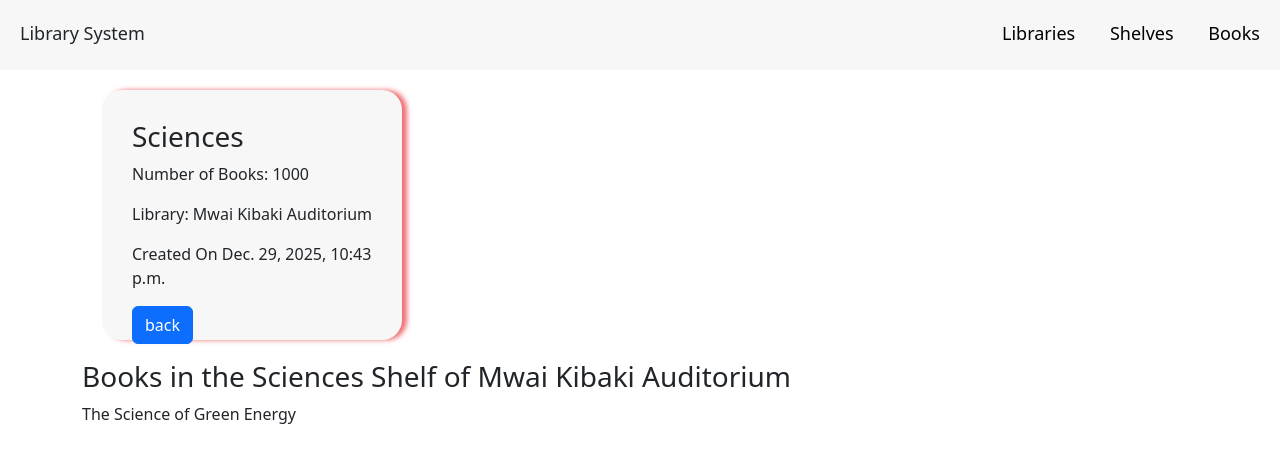
Repository: Mbote-Joseph/Library-Shelves-Books-Managements
Page: http://localhost/shelf-details/1
The author's editor kept a copy of each file at every save. The page is drawn from the files as they stood at one save, then again after the next save.
The browser window is 1280 px wide. The pictures show the whole page.
The page is served by the project's application, run on Django 5.2 (manage.py). Other server files are loaded and not shown. The page reads the database file committed with the project.

Above is the page before, as saved 2026-01-01 20:05:36.

### books/templates/books/shelf_detailview.html
{% extends "base.html" %}

{% block title %}
    {{shelf.name}}
{% endblock %}


{% block content %}
<div class="container">
    <div class="shelf">
            <h3> {{shelf.label}} </h3>
            <p> Number of Books:  {{shelf.books_capacity}} </p>
            <p> Library:  {{shelf.library.name}} </p>
            <p> Created On {{shelf.created_on}} </p>
            <a class="btn btn-primary" href="{% url 'shelves' %}"> back  </a>
        </div>

        {% if books %}
        <h3> Books in the {{shelf.label}} Shelf of {{shelf.library.name }} </h3>
            {% for book in books %}
            <p> {{book.title}} </p>

            {% endfor %}

        {% else %}
            <p> No books </p>
        {% endif %}

</div>
{% endblock %}

### static/templates/base.html
{% load static %}
<!doctype html>
<html lang="en">
  <head>
    <meta charset="utf-8">
    <meta name="viewport" content="width=device-width, initial-scale=1">
    <title>
        {% block title %}

        {% endblock %}
    </title>
    <link href="https://cdn.jsdelivr.net/npm/bootstrap@5.3.8/dist/css/bootstrap.min.css" rel="stylesheet" integrity="sha384-sRIl4kxILFvY47J16cr9ZwB07vP4J8+LH7qKQnuqkuIAvNWLzeN8tE5YBujZqJLB" crossorigin="anonymous">
    <link rel="stylesheet" type='text/css' href="{% static 'css/styles.css' %}">
  </head>
  <body>
    <nav class="nav">
      <span> Library System </span>
      <span>
        <ul>
          <a href="{% url 'libraries' %}"> Libraries </a>
          <a href="{% url 'shelves' %}"> Shelves </a>
          <a href="{% url 'books' %}"> Books </a>
        </ul>
      </span>

    </nav>

    {% block content %}

    {% endblock %}


    <script src="https://cdn.jsdelivr.net/npm/bootstrap@5.3.8/dist/js/bootstrap.bundle.min.js" integrity="sha384-FKyoEForCGlyvwx9Hj09JcYn3nv7wiPVlz7YYwJrWVcXK/BmnVDxM+D2scQbITxI" crossorigin="anonymous"></script>
  </body>
</html>

### books/models.py
from django.db import models

# Create your models here.
class Library(models.Model):
    name = models.CharField(max_length=50)
    students_capacity = models.IntegerField()
    location = models.CharField(max_length=100)
    created_on = models.DateTimeField(auto_now_add=True)

    def __str__(self):
        return f"{self.name} - {self.location}"

class Shelf(models.Model):
    label = models.CharField(max_length=50)
    books_capacity = models.CharField()
    library = models.ForeignKey(Library, on_delete=models.CASCADE, related_name='shelves')
    created_on = models.DateTimeField(auto_now_add=True)

    def __str__(self):
        return f"{self.label} On {self.library} Library"

class Book(models.Model):
    title = models.CharField(max_length=100)
    author = models.CharField(max_length=100)
    isbn = models.CharField(max_length=10)
    description = models.TextField()
    is_published = models.BooleanField(default=False)
    is_new = models.BooleanField(default=False)
    shelf = models.ForeignKey(Shelf, on_delete=models.CASCADE, related_name='books')

    def __str__(self):
        return f"{self.title} By {self.author}"

### books/views.py
from django.shortcuts import render
from django.views.generic import ListView, DetailView, CreateView

from books.forms import  BookForm, LibraryForm, ShelfForm

from .models import Library, Shelf, Book

# Create your views here.
class LibraryListView(ListView):
    model = Library
    context_object_name = "libraries"
    queryset = Library.objects.all()
    template_name = 'books/library_view.html'

class ShelfListView(ListView):
    model = Shelf
    context_object_name = "shelves"
    queryset = Shelf.objects.all()
    template_name = 'books/shelf_view.html'


class BookListView(ListView):
    model = Book
    context_object_name = "books"
    queryset = Book.objects.all()
    template_name = 'books/book_view.html'

class LibraryDetailView(DetailView):
    model = Library
    context_object_name = 'library'
    template_name = "books/library_detailview.html"

    def get_context_data(self, **kwargs):
        context = super().get_context_data(**kwargs)
        context['shelves'] = self.object.shelves.all()
        return context

class ShelfDetailView(DetailView):
    model = Shelf
    context_object_name = 'shelf'
    template_name = 'books/shelf_detailview.html'

    def get_context_data(self, **kwargs):
        context = super().get_context_data(**kwargs)
        context['books'] = self.object.books.all()
        return context

class BookDetailView(DetailView):
    model = Book
    context_object_name = 'book'
    template_name = 'books/book_detailview.html'

class LibraryCreate(CreateView):
    model = Library
    context_object_name = 'library'
    form_class = LibraryForm
    http_method_names = ['get', 'post', 'put', 'patch', 'delete', 'head', 'options', 'trace']
    template_name = "books/library_form.html"
    success_url = 'libraries'


class ShelfCreate(CreateView):
    model = Shelf
    context_object_name = 'shelf'
    form_class = ShelfForm
    http_method_names = ['get', 'post', 'put', 'patch', 'delete', 'head', 'options', 'trace']
    template_name = "books/shelf_form.html"
    success_url = 'shelf'

class BookCreate(CreateView):
    model = Book
    form_class = BookForm
    context_object_name = 'book'
    http_method_names = ['get', 'post', 'put', 'patch', 'delete', 'head', 'options', 'trace']
    template_name = 'books/book_form.html'
    success_url = 'book'

### learn/urls.py
"""
URL configuration for learn project.

The `urlpatterns` list routes URLs to views. For more information please see:
    https://docs.djangoproject.com/en/6.0/topics/http/urls/
Examples:
Function views
    1. Add an import:  from my_app import views
    2. Add a URL to urlpatterns:  path('', views.home, name='home')
Class-based views
    1. Add an import:  from other_app.views import Home
    2. Add a URL to urlpatterns:  path('', Home.as_view(), name='home')
Including another URLconf
    1. Import the include() function: from django.urls import include, path
    2. Add a URL to urlpatterns:  path('blog/', include('blog.urls'))
"""
from django.contrib import admin
from django.urls import path, include

urlpatterns = [
    path('admin/', admin.site.urls),
    path('', include('books.urls'))
]

### books/urls.py
from django.urls import path

from books.views import BookCreate, BookDetailView, BookListView, LibraryDetailView, LibraryListView, ShelfCreate, ShelfDetailView, ShelfListView, LibraryCreate

urlpatterns = [
    path('', LibraryListView.as_view(), name = 'libraries'),
    path('libraries', LibraryListView.as_view(), name = 'libraries'),
    path('shelf', ShelfListView.as_view(), name = 'shelves'),
    path('book', BookListView.as_view(), name="books"),
    path("library-details/<int:pk>", LibraryDetailView.as_view(), name="library.details"),
    path('shelf-details/<int:pk>', ShelfDetailView.as_view(), name="shelf.details"),
    path("book-details/<int:pk>", BookDetailView.as_view(), name = "book.details"),
    path('library-create', LibraryCreate.as_view(), name="library.create"),
    path('shelf-create', ShelfCreate.as_view(), name="shelf.create"),
    path('book-create', BookCreate.as_view(), name="book.create"),
]

### static/css/styles.css
/**
 * Copyright 2025 josephmbote
 *
 * Licensed under the Apache License, Version 2.0 (the "License");
 * you may not use this file except in compliance with the License.
 * You may obtain a copy of the License at
 *
 *     https://www.apache.org/licenses/LICENSE-2.0
 *
 * Unless required by applicable law or agreed to in writing, software
 * distributed under the License is distributed on an "AS IS" BASIS,
 * WITHOUT WARRANTIES OR CONDITIONS OF ANY KIND, either express or implied.
 * See the License for the specific language governing permissions and
 * limitations under the License.
 */

.nav{
    left: 0;
    top: 0;
    width: 100%;
    background-color: #f7f7f7;
    font-size: large;
    font-style: 'Times New Roman';
    height: 70px;
    padding: 20px;
    display: flex;
    justify-content: space-between;
}
.nav a{
    margin-left: 30px;
    text-decoration: none;
    color: black;
}

.library {
    min-width: 300px;
    /* min-width: 200px; */
    height: 250px;
    /* max-height: 400px; */
    background-color: #f7f7f7;
    box-shadow: 5px 0 5px 0 #ee6e73;
    border: none;
    margin: 20px;
    padding: 30px;
    border-radius: 20px;
}

.cards{
    display: flex;
    flex-wrap: wrap;

}

.shelf {
    width: 300px;
    /* min-width: 200px; */
    height: 250px;
    /* max-height: 400px; */
    background-color: #f7f7f7;
    box-shadow: 5px 0 5px 0 #ee6e73;
    border: none;
    margin: 20px;
    padding: 30px;
    border-radius: 20px;
}

.book {
    width: 300px;
    /* min-width: 200px; */
    height: 300px;
    /* max-height: 400px; */
    background-color: #f7f7f7;
    box-shadow: 5px 0 5px 0 #ee6e73;
    border: none;
    margin: 20px;
    padding: 30px;
    border-radius: 20px;
}

### db.sqlite3 (the tables this page reads, as SQL)
CREATE TABLE "books_book" ("id" integer NOT NULL PRIMARY KEY AUTOINCREMENT, "title" varchar(100) NOT NULL, "author" varchar(100) NOT NULL, "isbn" varchar(10) NOT NULL, "description" text NOT NULL, "is_published" bool NOT NULL, "is_new" bool NOT NULL, "shelf_id" bigint NOT NULL REFERENCES "books_shelf" ("id") DEFERRABLE INITIALLY DEFERRED);
INSERT INTO "books_book" VALUES
(1, 'The Science of Green Energy', 'Joseph Mbote', 'qwe1234', 'The Book that describes how the world energy can be recycled', 1, 0, 1),
(2, 'Maths for Science', 'Audery Bii', 'MfS001', 'Mathematics for Science Volume 2 New Edition', 0, 0, 2),
(3, 'Gifted Hands', 'Ben Carson', 'BC001', 'The book that talk on the Gifts , Talents and Career', 0, 0, 3);

CREATE TABLE "books_library" ("id" integer NOT NULL PRIMARY KEY AUTOINCREMENT, "name" varchar(50) NOT NULL, "students_capacity" integer NOT NULL, "location" varchar(100) NOT NULL, "created_on" datetime NOT NULL);
INSERT INTO "books_library" VALUES
(1, 'Mwai Kibaki Auditorium', 100, 'Administration Block', '2025-12-29 22:41:55.696199'),
(2, 'Nelson Mandela Anex', 85, 'NSC', '2025-12-29 22:42:34.244470'),
(3, 'JM Kariuku Wing', 75, 'SCC Department', '2025-12-30 11:00:04.766333'),
(4, 'Joseph Mbote STEM Library', 56, 'Technology House', '2025-12-31 18:37:10.968556'),
(5, 'Computer Science Library', 50, 'SCC', '2025-12-31 18:39:11.248294'),
(6, 'Grade 1', 20, 'Nairobi Annex', '2025-12-31 18:41:43.779190');

CREATE TABLE "books_shelf" ("id" integer NOT NULL PRIMARY KEY AUTOINCREMENT, "label" varchar(50) NOT NULL, "books_capacity" varchar NOT NULL, "created_on" datetime NOT NULL, "library_id" bigint NOT NULL REFERENCES "books_library" ("id") DEFERRABLE INITIALLY DEFERRED);
INSERT INTO "books_shelf" VALUES
(1, 'Sciences', '1000', '2025-12-29 22:43:06.109364', 1),
(2, 'Maths', '500', '2025-12-30 11:05:21.466271', 3),
(3, 'Website for Emirati-heritage-artifact.rf.gd', '1000', '2025-12-31 18:53:06.133470', 1),
(4, 'Sciences', '1000', '2025-12-31 19:54:00.426027', 2),
(5, 'Sciences', '1000', '2025-12-31 19:54:25.057330', 2);

After the next save:
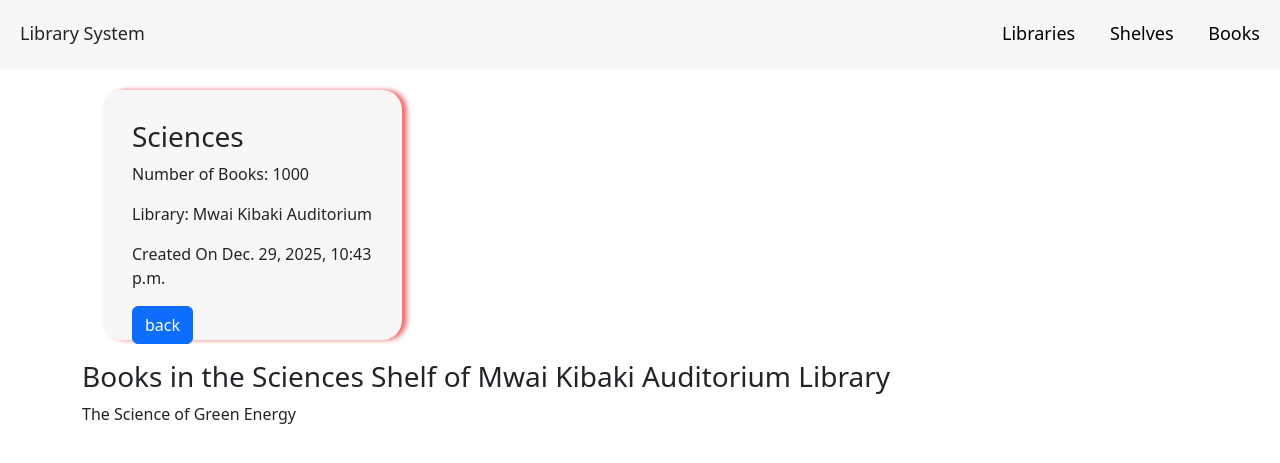
Saved 19 s later.
--- a/books/templates/books/shelf_detailview.html
+++ b/books/templates/books/shelf_detailview.html
@@ -16,7 +16,7 @@
         </div>
 
         {% if books %}
-        <h3> Books in the {{shelf.label}} Shelf of {{shelf.library.name }} </h3>
+        <h3> Books in the {{shelf.label}} Shelf of {{shelf.library.name }} Library </h3>
             {% for book in books %}
             <p> {{book.title}} </p>
 
